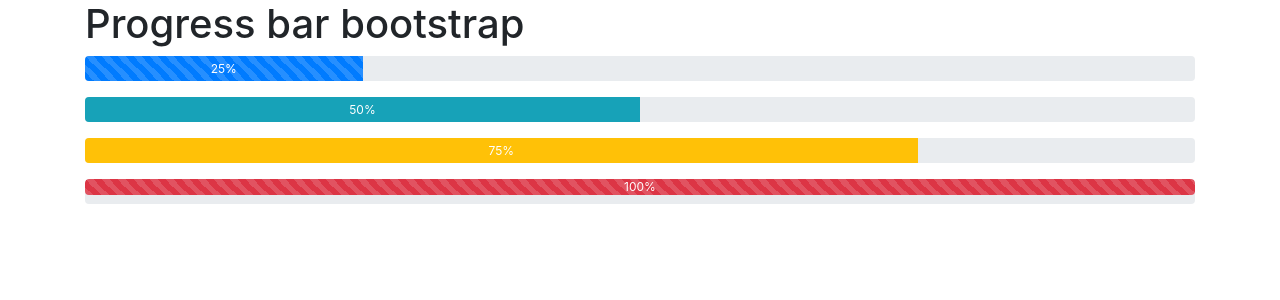
Repository: anhtu2110/front_end
Page: lesson/bootstrap/advance/5.18-progress.html
These files come from the project's save history. The page is drawn as it stood at one moment and after the next save; the edit follows.
The browser window is 1280 px wide. The pictures show the whole page.

Above is the page before, as saved 2022-12-10 09:04:08.

After the next save:
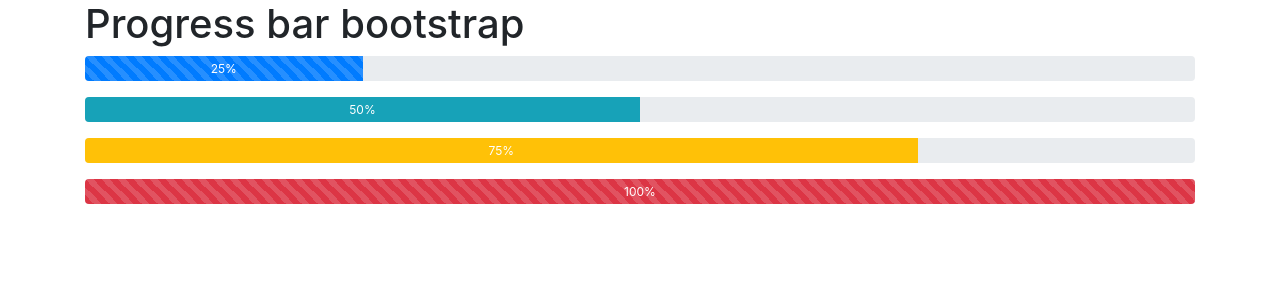
Saved 8 s later.
--- a/lesson/bootstrap/advance/5.18-progress.html
+++ b/lesson/bootstrap/advance/5.18-progress.html
@@ -30,7 +30,7 @@
                         aria-valuemax="100">75%</div>
                 </div>
                 <div class="progress mb-3" style="height: 25px;">
-                    <div class="progress-bar bg-danger progress-bar-striped progress" style="width: 100%;"
+                    <div class="progress-bar bg-danger progress-bar-striped progress-bar-animated" style="width: 100%;"
                         aria-valuenow="100" aria-valuemin="0" aria-valuemax="100">100%</div>
                 </div>
             </div>
